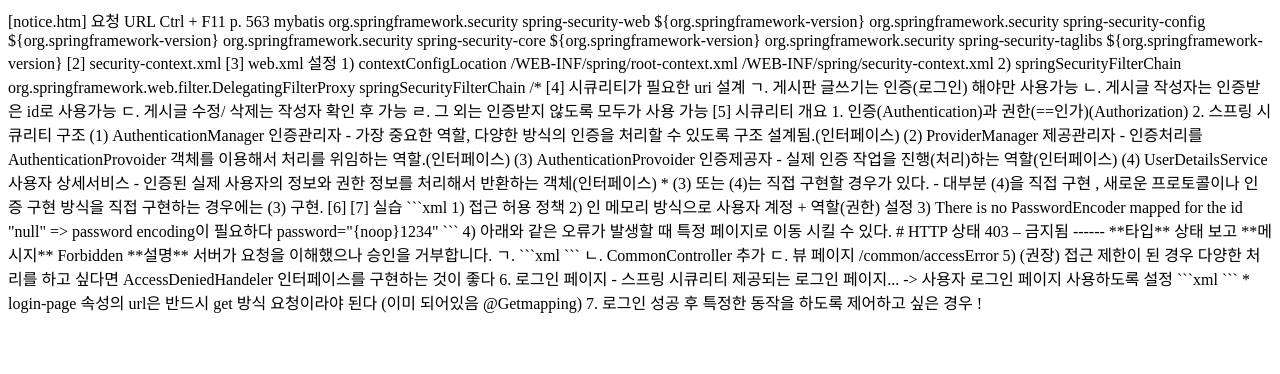
Repository: Vida0822/-
Page: SL11_SECURITY/src/main/webapp/customer/notice.htm
The author's editor kept a copy of each file at every save. The page is drawn from the files as they stood at one save, then again after the next save.
The browser window is 1280 px wide. The pictures show the whole page.

Above is the page before, as saved 2023-07-04 02:53:16.

### SL11_SECURITY/src/main/webapp/customer/notice.htm
[notice.htm] 요청 URL
Ctrl + F11

p. 563 mybatis



<dependency>
		<groupId>org.springframework.security</groupId>
		<artifactId>spring-security-web</artifactId>
		<version>${org.springframework-version}</version>
	</dependency>
<!--beans 설정 버전까지 한글자 한글자 세팅 제대로 해야함 -->

	<dependency>
		<groupId>org.springframework.security</groupId>
		<artifactId>spring-security-config</artifactId>
		<version>${org.springframework-version}</version>
	</dependency>

	<dependency>
		<groupId>org.springframework.security</groupId>
		<artifactId>spring-security-core</artifactId>
		<version>${org.springframework-version}</version>
	</dependency>

	<!-- https://mvnrepository.com/artifact/org.springframework.security/spring-security-taglibs -->
	<dependency>
		<groupId>org.springframework.security</groupId>
		<artifactId>spring-security-taglibs</artifactId>
		<version>${org.springframework-version}</version>
	</dependency>


[2] security-context.xml
<security:http pattern="/static/**" security="none"></security:http>
<security:http pattern="/design/**" security="none"></security:http>

<security:http>
   <security:form-login/>
</security:http>

<security:authentication-manager>
</security:authentication-manager>
<!-- AithenticationManager 인증 관리자 : 가장 중요한 역할, 다양한 방식의 인증을 처리할 수 있도록 구조 설계됨(인터페이스)  -->


[3] web.xml 설정
1)
<context-param>
  <param-name>contextConfigLocation</param-name>
  <param-value>
     /WEB-INF/spring/root-context.xml
     /WEB-INF/spring/security-context.xml
  </param-value>
</context-param>


2)
<filter>
  <filter-name>springSecurityFilterChain</filter-name>
  <filter-class>org.springframework.web.filter.DelegatingFilterProxy</filter-class>
</filter>
<filter-mapping>
      <filter-name>springSecurityFilterChain</filter-name>
      <url-pattern>/*</url-pattern>
</filter-mapping>




[4] 시큐리티가 필요한 uri 설계
   	ㄱ. 게시판 글쓰기는 인증(로그인) 해야만 사용가능
   	ㄴ. 게시글 작성자는 인증받은 id로 사용가능
   	ㄷ. 게시글 수정/ 삭제는 작성자 확인 후 가능
   	ㄹ. 그 외는 인증받지 않도록 모두가 사용 가능



[5] 시큐리티 개요

   1. 인증(Authentication)과 권한(==인가)(Authorization)

   2. 스프링 시큐리티 구조
      (1) AuthenticationManager 인증관리자 - 가장 중요한 역할, 다양한 방식의 인증을 처리할 수 있도록 구조 설계됨.(인터페이스)
      (2) ProviderManager 제공관리자 - 인증처리를 AuthenticationProvoider 객체를 이용해서 처리를 위임하는 역할.(인터페이스)
      (3) AuthenticationProvoider 인증제공자 - 실제 인증 작업을 진행(처리)하는 역할(인터페이스)
      (4) UserDetailsService 사용자 상세서비스 - 인증된 실제 사용자의 정보와 권한 정보를 처리해서 반환하는 객체(인터페이스)

      * (3) 또는 (4)는 직접 구현할 경우가 있다.

        - 대부분 (4)을 직접 구현 , 새로운 프로토콜이나 인증 구현 방식을 직접 구현하는 경우에는 (3) 구현.



[6]



[7] 실습

```xml
1) 접근 허용 정책
	<security:intercept-url pattern="/customer/noticeReg.htm" access="isAuthenticated()" />
	<security:intercept-url pattern="/customer/noticeDel.htm" access="hasRole('ROLE_ADMIN')" />
	<security:intercept-url pattern="/**" access="permitAll"/>

2) 인 메모리 방식으로 사용자 계정 + 역할(권한) 설정
	<security:authentication-manager>
	<security:authentication-provider> <!-- 실제 인증을 처리하는 객체 -->
		<security:user-service>
			<security:user name="hong" authorities="ROLE_USER" password="1234"/>
			<security:user name="admin" authorities="ROLE_USER, ROLE_ADMIN, ROLE_MANAGER" password="1234"/>
		</security:user-service>
	</security:authentication-provider>
</security:authentication-manager>

3) There is no PasswordEncoder mapped for the id "null"

=> password encoding이 필요하다

password="{noop}1234"
```





4) 아래와 같은 오류가 발생할 때 특정 페이지로 이동 시킬 수 있다.

# HTTP 상태 403 – 금지됨

------

**타입** 상태 보고

**메시지** Forbidden

**설명** 서버가 요청을 이해했으나 승인을 거부합니다.

ㄱ.

```xml
 <security:access-denied-handler error-page="/common/accessError.htm"/>
```

ㄴ. CommonController 추가

ㄷ. 뷰 페이지 /common/accessError



5) (권장) 접근 제한이 된 경우 다양한 처리를 하고 싶다면 AccessDeniedHandeler 인터페이스를 구현하는 것이 좋다



6. 로그인 페이지 - 스프링 시큐리티 제공되는 로그인 페이지...

   -> 사용자 로그인 페이지 사용하도록 설정

   ```xml
   <security:form-login login-page="/joinus.login.htm"/>
   ```

* login-page 속성의 url은 반드시 get 방식 요청이라야 된다 (이미 되어있음 @Getmapping)



7. 로그인 성공 후 특정한 동작을 하도록 제어하고 싶은 경우 !

After the next save:
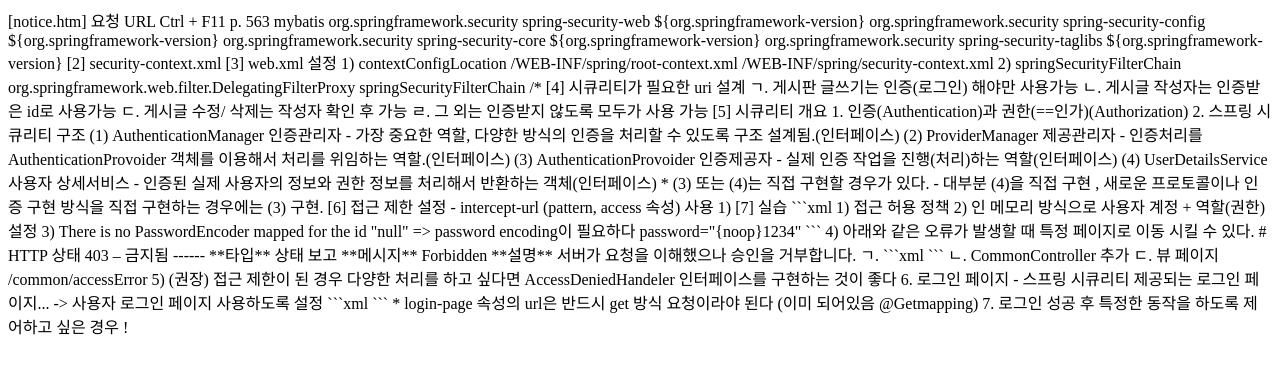
Saved 2 min 43 s later.
--- a/SL11_SECURITY/src/main/webapp/customer/notice.htm
+++ b/SL11_SECURITY/src/main/webapp/customer/notice.htm
@@ -93,7 +93,11 @@
 
 
 
-[6]
+[6] 접근 제한 설정 - intercept-url (pattern, access  속성) 사용
+1)
+<http>
+	<intercept-url pattern="url패턴" access="권한 체크(권한명, 표현식)"/>
+</http>
 
 
 
